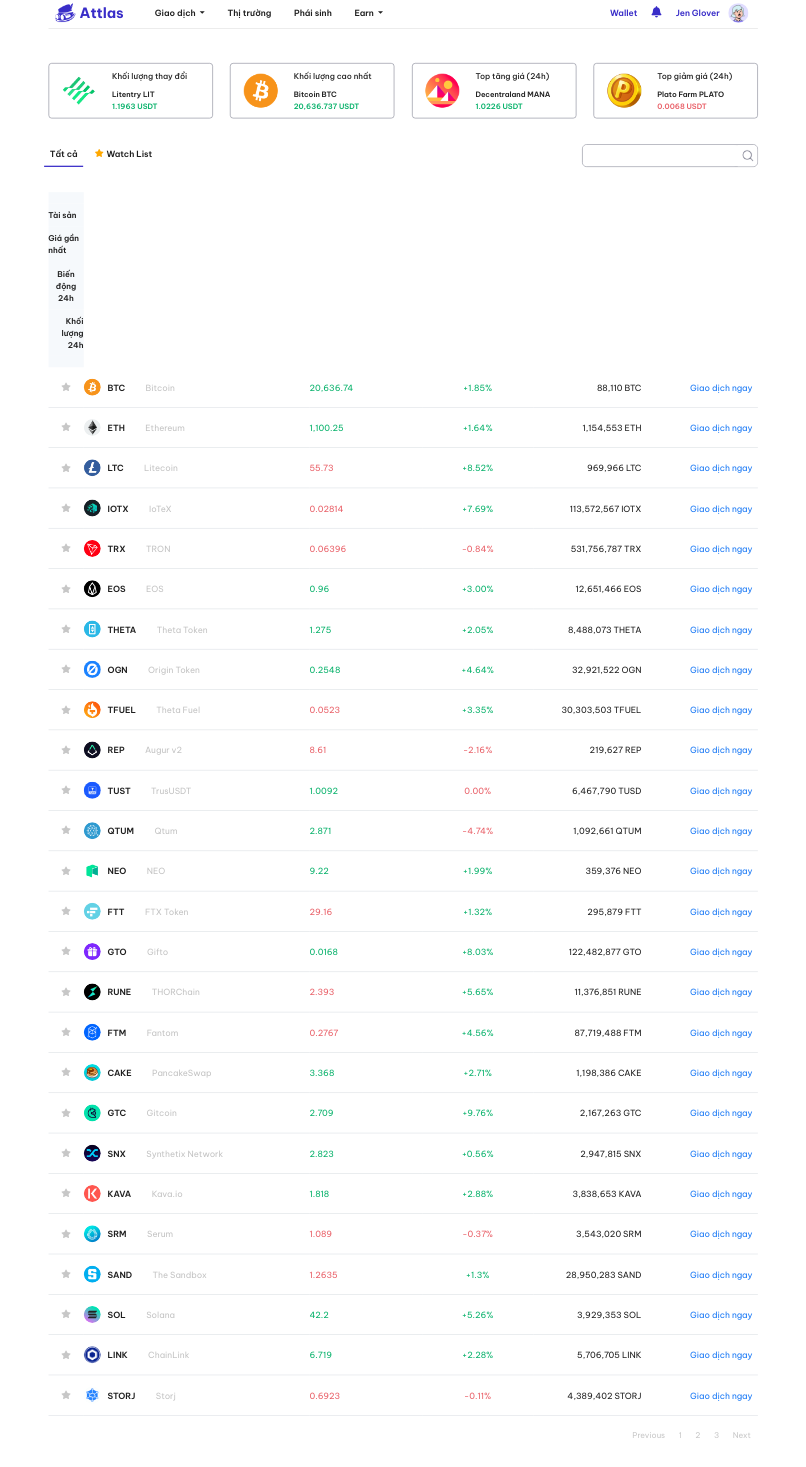
Repository: 1509Long/1509long.github.io
Page: techmaster-test/homepage.html
The author's editor kept a copy of each file at every save. The page is drawn from the files as they stood at one save, then again after the next save.
The browser window is 1280 px wide. The pictures show the whole page, at 63% of full size.

Above is the page before, as saved 2022-07-19 18:13:01.

### techmaster-test/homepage.html
<!DOCTYPE html>
<html lang="en">
  <head>
    <title>Title</title>
    <!-- Required meta tags -->
    <meta charset="utf-8" />
    <meta
      name="viewport"
      content="width=device-width, initial-scale=1, shrink-to-fit=no"
    />

    <!-- Bootstrap CSS v5.2.0-beta1 -->
    <link
      rel="stylesheet"
      href="https://cdn.jsdelivr.net/npm/bootstrap@5.2.0-beta1/dist/css/bootstrap.min.css"
      integrity="sha384-0evHe/X+R7YkIZDRvuzKMRqM+OrBnVFBL6DOitfPri4tjfHxaWutUpFmBp4vmVor"
      crossorigin="anonymous"
    />
    <link
      rel="stylesheet"
      href="https://cdnjs.cloudflare.com/ajax/libs/font-awesome/5.15.3/css/all.min.css"
      integrity="sha512-iBBXm8fW90+nuLcSKlbmrPcLa0OT92xO1BIsZ+ywDWZCvqsWgccV3gFoRBv0z+8dLJgyAHIhR35VZc2oM/gI1w=="
      crossorigin="anonymous"
      referrerpolicy="no-referrer"
    />
    <script src="https://ajax.googleapis.com/ajax/libs/jquery/3.6.0/jquery.min.js"></script>

    <link rel="stylesheet" href="./homepage.css" />
    <link rel="stylesheet" href="./navbar-search.css" />
  </head>
  <body>
    <div class="container-lg">
      <nav class="navbar navbar-expand-md top-md-navbar">
        <div class="container-fluid">
          <a class="navbar-brand" href="./homepage.html">
            <div class="d-flex align-items-center attlas-logo-navbar">
              <img src="./img/header-logo.png" class="img-fluid" alt="" />
              <p>Attlas</p>
            </div>
          </a>
          <button
            class="navbar-toggler"
            type="button"
            data-bs-toggle="collapse"
            data-bs-target="#navbarNavAltMarkup"
            aria-controls="navbarNavAltMarkup"
            aria-expanded="false"
            aria-label="Toggle navigation"
          >
            <i class="fas fa-bars"></i>
          </button>

          <div class="collapse navbar-collapse" id="navbarNavAltMarkup">
            <div
              class="d-flex justify-content-between align-items-center nav-text"
            >
              <ul class="navbar-nav navbar-part1">
                <li class="nav-item dropdown">
                  <a
                    class="nav-link dropdown-toggle"
                    href="#"
                    id="navbarDropdown"
                    role="button"
                    data-bs-toggle="dropdown"
                    aria-expanded="false"
                  >
                    Giao dịch
                  </a>
                  <ul class="dropdown-menu" aria-labelledby="navbarDropdown">
                    <li><a class="dropdown-item" href="#">Spot</a></li>
                    <li>
                      <a class="dropdown-item" href="#">Ký quỹ</a>
                    </li>
                    <li>
                      <a class="dropdown-item" href="#">P2P trading</a>
                    </li>
                  </ul>
                </li>
                <li class="nav-item">
                  <a class="nav-link" href="#">Thị trường</a>
                </li>
                <li class="nav-item">
                  <a class="nav-link" href="#">Phái sinh</a>
                </li>
                <li class="nav-item dropdown">
                  <a
                    class="nav-link dropdown-toggle"
                    href="#"
                    id="navbarDropdown"
                    role="button"
                    data-bs-toggle="dropdown"
                    aria-expanded="false"
                  >
                    Earn
                  </a>
                  <ul class="dropdown-menu" aria-labelledby="navbarDropdown">
                    <li><a class="dropdown-item" href="#">Launchpad</a></li>
                    <li>
                      <a class="dropdown-item" href="#">Staking</a>
                    </li>
                    <li>
                      <a class="dropdown-item" href="#">Farming</a>
                    </li>
                  </ul>
                </li>
              </ul>

              <ul class="navbar-nav navbar-part2">
                <li class="nav-item d-flex align-items-center">
                  <a class="nav-link account-wallet" href="./wallet.html"
                    >Wallet</a
                  >
                </li>
                <li class="nav-item d-flex align-items-center">
                  <a class="nav-link" href="#"><i class="fas fa-bell"></i></a>
                </li>
                <li class="nav-item">
                  <a class="nav-link" href="#">
                    <div class="d-flex align-items-center user-account">
                      <p>Jen Glover</p>
                      <img
                        src="./img/Rectangle 356.png"
                        class="img-fluid"
                        alt=""
                      />
                    </div>
                  </a>
                </li>
              </ul>
            </div>
          </div>
        </div>
      </nav>

      <div class="top-of-the-day d-flex justify-content-between">
        <div class="d-flex align-items-center">
          <div class="token-top">
            <img src="./img/589_Yrl.png" class="img-fluid" alt="" />
          </div>
          <div class="infomation-token-of-the-day">
            <p>Khối lượng thay đổi</p>
            <p>Litentry LIT</p>
            <p class="increase">1.1963 USDT</p>
          </div>
        </div>
        <div class="d-flex align-items-center">
          <div class="token-top">
            <img src="./img/1.png" class="img-fluid" alt="" />
          </div>
          <div class="infomation-token-of-the-day">
            <p>Khối lượng cao nhất</p>
            <p>Bitcoin BTC</p>
            <p class="increase">20,636.737 USDT</p>
          </div>
        </div>
        <div class="d-flex align-items-center">
          <div class="token-top">
            <img src="./img/icon_MANA.png" class="img-fluid" alt="" />
          </div>
          <div class="infomation-token-of-the-day">
            <p>Top tăng giá (24h)</p>
            <p>Decentraland MANA</p>
            <p class="increase">1.0226 USDT</p>
          </div>
        </div>
        <div class="d-flex align-items-center">
          <div class="token-top">
            <img src="./img/icon_PLATO.png" class="img-fluid" alt="" />
          </div>
          <div class="infomation-token-of-the-day">
            <p>Top giảm giá (24h)</p>
            <p>Plato Farm PLATO</p>
            <p class="decrease">0.0068 USDT</p>
          </div>
        </div>
      </div>

      <div
        id="carousel-slider-responsive"
        class="carousel slide"
        data-bs-ride="carousel"
      >
        <div class="carousel-inner">
          <div class="carousel-item active">
            <div class="row d-flex justify-content-evenly">
              <div class="col-6 col-sm-5 col-md-4">
                <div class="carousel-top-token">
                  <div class="token-top">
                    <img src="./img/589_Yrl.png" class="img-fluid" alt="" />
                  </div>
                  <div class="infomation-token-of-the-day">
                    <p>Khối lượng thay đổi</p>
                    <p>Litentry LIT</p>
                    <p class="increase">1.1963 USDT</p>
                  </div>
                </div>
              </div>
              <div class="col-6 col-sm-5 col-md-4">
                <div class="carousel-top-token">
                  <div class="token-top">
                    <img src="./img/1.png" class="img-fluid" alt="" />
                  </div>
                  <div class="infomation-token-of-the-day">
                    <p>Khối lượng cao nhất</p>
                    <p>Bitcoin BTC</p>
                    <p class="increase">20,636.737 USDT</p>
                  </div>
                </div>
              </div>
            </div>
          </div>

          <div class="carousel-item">
            <div class="row d-flex justify-content-evenly">
              <div class="col-6 col-sm-5 col-md-4">
                <div class="carousel-top-token">
                  <div class="token-top">
                    <img src="./img/icon_MANA.png" class="img-fluid" alt="" />
                  </div>
                  <div class="infomation-token-of-the-day">
                    <p>Top tăng giá (24h)</p>
                    <p>Decentraland MANA</p>
                    <p class="increase">1.0226 USDT</p>
                  </div>
                </div>
              </div>
              <div class="col-6 col-sm-5 col-md-4">
                <div class="carousel-top-token">
                  <div class="token-top">
                    <img src="./img/icon_PLATO.png" class="img-fluid" alt="" />
                  </div>
                  <div class="infomation-token-of-the-day">
                    <p>Top giảm giá (24h)</p>
                    <p>Plato Farm PLATO</p>
                    <p class="decrease">0.0068 USDT</p>
                  </div>
                </div>
              </div>
            </div>
          </div>
        </div>
      </div>

      <div>
        <div class="row d-flex justify-content-between align-items-center">
          <ul class="nav nav-pills col-5" id="pills-tab" role="tablist">
            <li class="nav-item" role="presentation">
              <button
                class="nav-link active"
                id="pills-home-tab"
                data-bs-toggle="pill"
                data-bs-target="#pills-home"
                type="button"
                role="tab"
                aria-controls="pills-home"
                aria-selected="true"
              >
                Tất cả
              </button>
            </li>
            <li class="nav-item" role="presentation">
              <button
                class="nav-link d-flex align-items-center"
                id="pills-profile-tab"
                data-bs-toggle="pill"
                data-bs-target="#pills-profile"
                type="button"
                role="tab"
                aria-controls="pills-profile"
                aria-selected="false"
              >
                <i class="fas fa-star star-navbar"></i> Watch List
              </button>
            </li>
          </ul>

          <div class="col-5 d-flex justify-content-end search-bar-title">
            <div class="input-group has-validation search-bar">
              <input
                type="text"
                class="form-control search"
                id="validationCustomUsername"
                aria-describedby="inputGroupPrepend"
              />
              <span class="input-group-text search-icon" id="inputGroupPrepend"
                ><img src="./img/Group.png"
              /></span>
            </div>
          </div>
        </div>

        <div class="tab-content" id="pills-tabContent">
          <div
            class="tab-pane fade show active"
            id="pills-home"
            role="tabpanel"
            aria-labelledby="pills-home-tab"
            tabindex="0"
          >
            <div class="table-6-cells">
              <table id="table" class="table align-middle">
                <thead>
                  <tr>
                    <th scope="col" class="line1"></th>
                    <th scope="col">Tài sản</th>
                    <th scope="col">Giá gần nhất</th>
                    <th scope="col" class="line4">Biến động 24h</th>
                    <th scope="col" class="line5">Khối lượng 24h</th>
                    <th scope="col" class="line6"></th>
                  </tr>
                </thead>
                <tbody id="table-body"></tbody>
              </table>
              <div>
                <nav aria-label="navigation">
                  <ul class="pagination d-flex justify-content-end">
                    <li class="page-item">
                      <a class="page-link" href="#">Previous</a>
                    </li>
                    <li class="page-item">
                      <a class="page-link" href="#">1</a>
                    </li>
                    <li class="page-item">
                      <a class="page-link" href="#">2</a>
                    </li>
                    <li class="page-item">
                      <a class="page-link" href="#">3</a>
                    </li>
                    <li class="page-item">
                      <a class="page-link" href="#">Next</a>
                    </li>
                  </ul>
                </nav>
              </div>
            </div>

            <div class="table-5-cells">
              <table id="table" class="table align-middle">
                <thead>
                  <tr>
                    <th scope="col" class="line1-table2"></th>
                    <th scope="col">Tài sản</th>
                    <th scope="col">Giá gần nhất</th>
                    <th scope="col" class="line4-table2">Biến động 24h</th>
                    <th scope="col" class="line5-table2"></th>
                  </tr>
                </thead>
                <tbody id="table-body-respon"></tbody>
              </table>
              <div>
                <nav aria-label="navigation">
                  <ul class="pagination d-flex justify-content-end">
                    <li class="page-item">
                      <a class="page-link" href="#">Previous</a>
                    </li>
                    <li class="page-item">
                      <a class="page-link" href="#">1</a>
                    </li>
                    <li class="page-item">
                      <a class="page-link" href="#">2</a>
                    </li>
                    <li class="page-item">
                      <a class="page-link" href="#">3</a>
                    </li>
                    <li class="page-item">
                      <a class="page-link" href="#">Next</a>
                    </li>
                  </ul>
                </nav>
              </div>
            </div>
          </div>
          <div
            class="tab-pane fade"
            id="pills-profile"
            role="tabpanel"
            aria-labelledby="pills-profile-tab"
            tabindex="0"
          ></div>
        </div>
      </div>
    </div>
    <!-- Bootstrap JavaScript Libraries -->
    <script
      src="https://cdn.jsdelivr.net/npm/@popperjs/core@2.11.5/dist/umd/popper.min.js"
      integrity="sha384-Xe+8cL9oJa6tN/veChSP7q+mnSPaj5Bcu9mPX5F5xIGE0DVittaqT5lorf0EI7Vk"
      crossorigin="anonymous"
    ></script>

    <script
      src="https://cdn.jsdelivr.net/npm/bootstrap@5.2.0-beta1/dist/js/bootstrap.min.js"
      integrity="sha384-kjU+l4N0Yf4ZOJErLsIcvOU2qSb74wXpOhqTvwVx3OElZRweTnQ6d31fXEoRD1Jy"
      crossorigin="anonymous"
    ></script>

    <script src="./file-data.js"></script>

    <script>
      var table = document.getElementById("table-body");
      var responTable = document.getElementById("table-body-respon");

      function inToTable(data) {
        for (var i = 0; i < data.length; i++) {
          var infomation = data[i];

          var row = document.createElement("tr");
          var row2 = document.createElement("tr");

          var key = ["box1", "asset", "price", "change", "volumn", "link"];
          var key2 = ["box1", "asset", "price", "change", "link"];

          for (var j = 0; j < key.length; j++) {
            var cell = document.createElement("td");
            cell.innerHTML = infomation[key[j]];

            row.appendChild(cell);
          }

          table.appendChild(row);

          for (var e = 0; e < key2.length; e++) {
            var cell2 = document.createElement("td");
            cell2.innerHTML = infomation[key2[e]];

            row2.appendChild(cell2);
          }
          responTable.appendChild(row2);
        }
      }

      inToTable(informationTokenHomePage);

      var tableInfoChange = document.querySelectorAll(
        "#table-body tr td:nth-child(4)"
      );
      var tableInfoPrice = document.querySelectorAll(
        "#table-body tr td:nth-child(3)"
      );

      function putColor(data) {
        for (i = 0; i < data.length; i++) {
          tableInfoPrice[i].innerHTML = parseFloat(
            tableInfoPrice[i].textContent
          ).toLocaleString("en-US", { maximumFractionDigits: "5" });

          if (parseFloat(data[i].change) > 0) {
            tableInfoChange[i].setAttribute("class", "increase");
            tableInfoPrice[i].setAttribute("class", "increase");
          } else {
            tableInfoChange[i].setAttribute("class", "decrease");
            tableInfoPrice[i].setAttribute("class", "decrease");
          }
        }
      }

      putColor(informationTokenHomePage);

      function fillColorForPrice() {
        tableInfoPrice[2].setAttribute("class", "decrease");
        tableInfoPrice[3].setAttribute("class", "decrease");
        tableInfoPrice[8].setAttribute("class", "decrease");
        tableInfoPrice[10].setAttribute("class", "increase");
        tableInfoPrice[11].setAttribute("class", "increase");
        tableInfoPrice[13].setAttribute("class", "decrease");
        tableInfoPrice[15].setAttribute("class", "decrease");
        tableInfoPrice[16].setAttribute("class", "decrease");
        tableInfoPrice[20].setAttribute("class", "increase");
        tableInfoPrice[22].setAttribute("class", "decrease");
        tableInfoPrice[25].setAttribute("class", "decrease");
      }

      fillColorForPrice();
    </script>

    <script>
      function yellowStar(x) {
        console.log(x.classList);
        x.classList.toggle("yellow");
      }
    </script>
  </body>
</html>

### techmaster-test/homepage.css
@import url('https://fonts.googleapis.com/css2?family=Be+Vietnam+Pro:ital,wght@0,100;0,400;0,500;0,600;0,700;0,900;1,100;1,300;1,400;1,500;1,600;1,800;1,900&display=swap');
html {
    font-size: 10px;
}

* {
     box-sizing: border-box !important;
}

body {
    font-family: 'Be Vietnam Pro', sans-serif;
}

.padding {
    padding: 0 !important;
}

.margin , .img-fluid {
    margin: 0 !important;
}

p {
    font-size: 1.4rem;
    font-weight: 400;
    margin-bottom: 0;
    color: #1F1F1F;
}

a {
    text-decoration: none;
}

.increase {
    color: #05B169;
}

.decrease {
    color: #E95F67;
}

@media screen and (max-width : 1399px) {
    html {
        font-size: 9px;
    }
}

@media screen and (max-width : 1199px) {
    html {
        font-size: 8px;
    }
}

@media screen and (max-width : 991px) {
    html {
        font-size: 7px;
    }
}

@media screen and (max-width : 844px) {
    .top-of-the-day {
        display: none !important;
    }

    #carousel-slider-responsive {
        display: block !important;
    }
}

@media screen and (max-width : 767px) {
    html {
        font-size: 6px;
    }
}

@media screen and (max-width : 575px) {
    .table-5-cells {
        display: block !important;
    }

    .table-6-cells {
        display: none;
    }

    .asset p:nth-child(2) {
        margin-right: 1.6rem !important;
        margin-left: 1rem !important;
    }
}

/* 4 div in header */
.top-of-the-day {
    margin: 0 0 4.5rem;
}

.top-of-the-day > div {
    width: 29rem;
    padding: 1rem 1.5rem;
    border-radius: 5px;
    border: 0.5px solid #8B8C9B;
}

.token-top {
    width: 7.6rem;
    height: 7.6rem;
    padding: 0.8rem;
    display: block;
    justify-content: center;
    align-items: center;
    margin-right: 2rem;
}

.infomation-token-of-the-day {
    display: flex;
    flex-direction: column;
    justify-content: space-around;
}

.infomation-token-of-the-day p:first-child {
    font-weight: 500;
    font-size: 1.4rem;
    margin-bottom: 1.2rem;
}

.infomation-token-of-the-day p:nth-child(2) {
    font-weight: 600;
    font-size: 1.3rem;
    margin-bottom: 0.2rem;
}

.infomation-token-of-the-day p:last-child {
    font-weight: 600;
    font-size: 1.3rem;
}

/* Responsive (mobile and tablet) */
#carousel-slider-responsive {
    display: none;
    margin: 0 0 4.5rem;
}

.carousel-top-token {
    display: flex;
    justify-content: space-evenly;
    align-items: center;
    padding: 1rem 1.5rem;
    border-radius: 5px;
    border: 0.5px solid #8B8C9B;
}

/* Navs and tabs */

.star-navbar {
    font-size: 1.4rem;
    color: #FFA800;
    padding-right: 0.5rem;
}

.nav-link {
    font-size: 1.5rem;
    font-weight: 600;
    color: #1F1F1F;
    transition: 0.3s;
}

#pills-home-tab {
    margin-right: 1rem;
}

.nav-pills .nav-link.active, .nav-pills .show>.nav-link {
    background-color: #fff;
    color: #1F1F1F;
    padding-bottom: 1rem;
    border-bottom: 0.3rem solid #392dc8;
    border-radius: 0;
}

/* Table */
#table {
    width: 100%;
    margin-top: 4.5rem;
}

.table>:not(caption)>*>* {
    padding: 2rem 0;
}

tbody tr td , .click-here {
    font-size: 1.5rem;
    font-weight: 400;
    color: #1F1F1F;
}

thead tr th {
    color: #1F1F1F;
    font-size: 1.4rem;
    font-weight: 600;
    padding: 1rem 0 !important;
    background: #F6F9FC !important;
    border: none;
    display: block;
    flex-direction: row;
    justify-content: center;
    align-items: center;
}

#table-body tr td:first-child , .line1 {
    width: 6.2rem;
    text-align: center;
}

#table-body tr td:nth-child(2) {
    width: 41.8rem;
}

#table-body tr td:nth-child(3) , #table-body tr td:nth-child(4) , #table-body tr td:nth-child(5) , #table-body tr td:last-child {
    width: 21rem;
}

#table-body tr td:nth-child(4) , .line4 {
    text-align: center;
}

#table-body tr td:nth-child(5) , #table-body tr td:last-child , .line5 , .line6 {
    text-align: end;
    padding-right: 1rem;
}

.watch-list {
    color: #C7C7C7;
    padding: 0.5rem;
}

.yellow {
    color: #FFA800 !important;
}

.size {
    width: 3rem;
    border-radius: 4rem;
}

.asset p:last-child {
    font-size: 1.5rem;
    font-weight: 400;
    color: #C3C3C3;
}

.asset p:nth-child(2) {
    font-size: 1.5rem;
    font-weight: 600;
    margin-right: 3.6rem;
    margin-left: 1.25rem;
}

.click-here {
    color: #1576F5;
}

.click-here:hover , .click-here:focus {
    color: #0857be;
}

/* Responsive (mobile and tablet) */

.table-5-cells {
    display: none;
}

#table-body-respon tr td:first-child , .line1-table2 {
    width: 6rem;
    text-align: center;
}

#table-body-respon tr td:nth-child(2) {
    width: 31rem;
}

#table-body-respon tr td:nth-child(3) {
    width: 18rem;
}

#table-body-respon tr td:nth-child(4) , .line4-table2{
    width: 17rem;
    text-align: center;
}

#table-body-respon tr td:last-child , .line5-table2 {
    width: 22rem;
    text-align: center;
}
/* Pagination */
.pagination {
    margin: 1.5rem 0 4rem;
}

.page-link {
    font-size: 1.4rem;
    font-weight: 400;
    color: #C7C7C7;
    padding: 0.75rem 1.25rem;
    border-radius: 0.5rem;
    border: none;
}

.page-link:focus , .page-link:hover {
    font-weight: 600;
    box-shadow: 0 0 0 0;
    color: #1F1F1F;
}

/* Scrollbar */
::-webkit-scrollbar {
    max-width: 1rem;
}

::-webkit-scrollbar-track {
    background-color: #fff;
}

::-webkit-scrollbar-thumb {
    background-color: #392DC8;
    height: 5rem;
}

::-webkit-scrollbar-thumb:hover {
    background-color: #251d83;
}

Loaded but not shown: techmaster-test/file-data.js (396 lines, source omitted); techmaster-test/navbar-search.css (167 lines, source omitted)

After the next save:
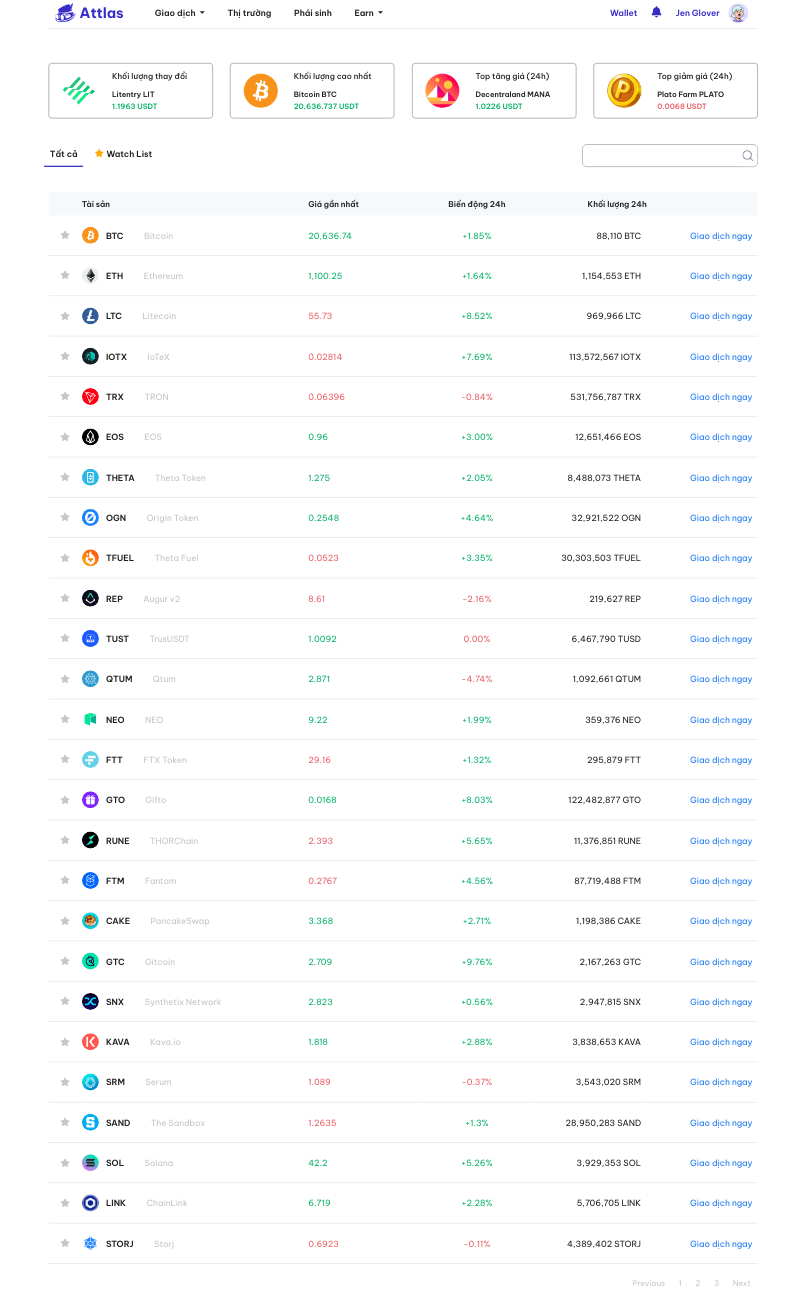
Saved 8 s later.
--- a/techmaster-test/homepage.css
+++ b/techmaster-test/homepage.css
@@ -197,10 +197,6 @@
     padding: 1rem 0 !important;
     background: #F6F9FC !important;
     border: none;
-    display: block;
-    flex-direction: row;
-    justify-content: center;
-    align-items: center;
 }
 
 #table-body tr td:first-child , .line1 {
